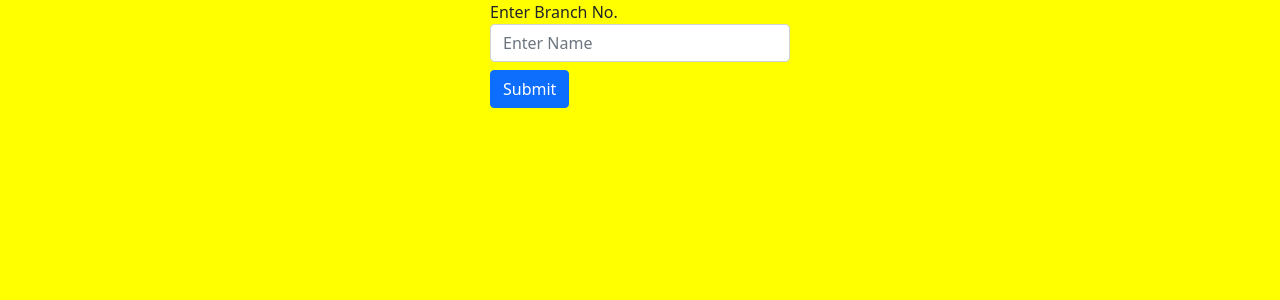
Repository: veerrajuMareddi/demo
Page: http://localhost/OilCorporation/views/getByParent.jsp
These files come from the project's save history. The page is drawn as it stood at one moment and after the next save; the edit follows.
The browser window is 1280 px wide. The pictures show the whole page.
The page is served by Tomcat 9.

Above is the page before, as saved 2022-05-03 06:35:30.

After the next save:
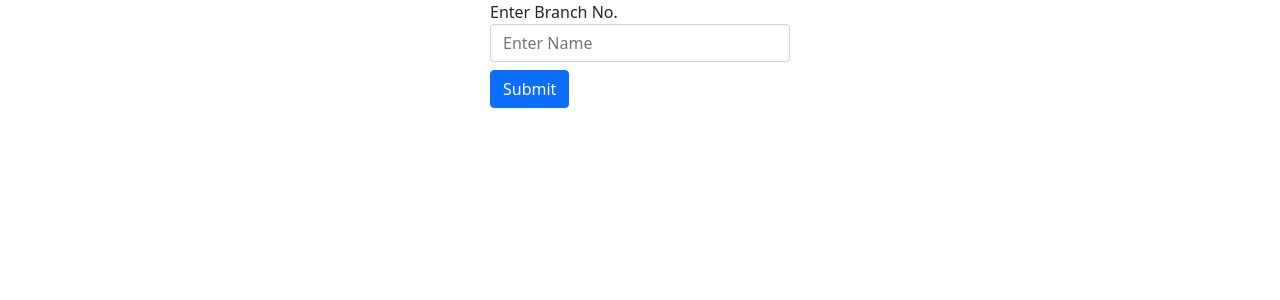
Saved 4 min 39 s later.
--- a/OilCorporation/src/main/webapp/views/getByParent.jsp
+++ b/OilCorporation/src/main/webapp/views/getByParent.jsp
@@ -17,7 +17,7 @@
 <meta charset="ISO-8859-1">
 <title>Insert title here</title>
 </head>
-<body style="background-color: yellow ;">
+<body style="background-color: white ;">
 <style>
 	form {
 		width: 300px;
